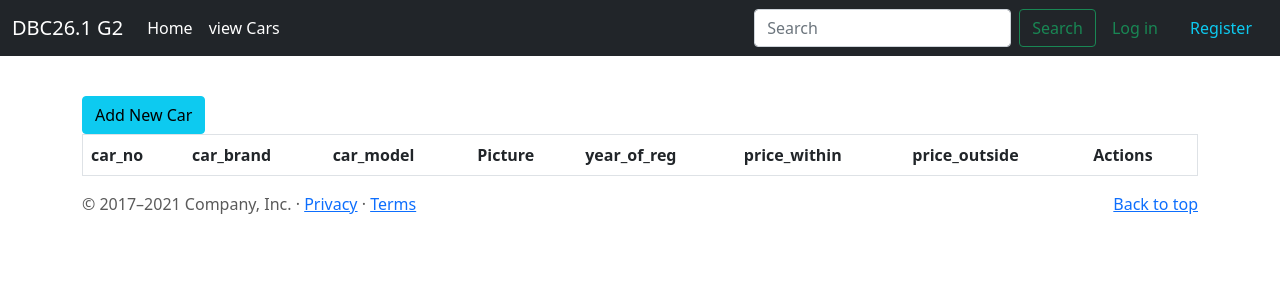
Repository: Cwills21/Aiti-dbc26.1-group-2
Page: http://localhost/cars
An editor plug-in stored every save of this project. The page is shown before and after the next save, followed by the edit.
The browser window is 1280 px wide. The pictures show the whole page.
The page is served by the project's Laravel application, run on PHP 8.4 with Laravel 8. Queries for data that is not in the repository find no rows.

Above is the page before, as saved 2022-03-10 00:23:29.

After the next save:
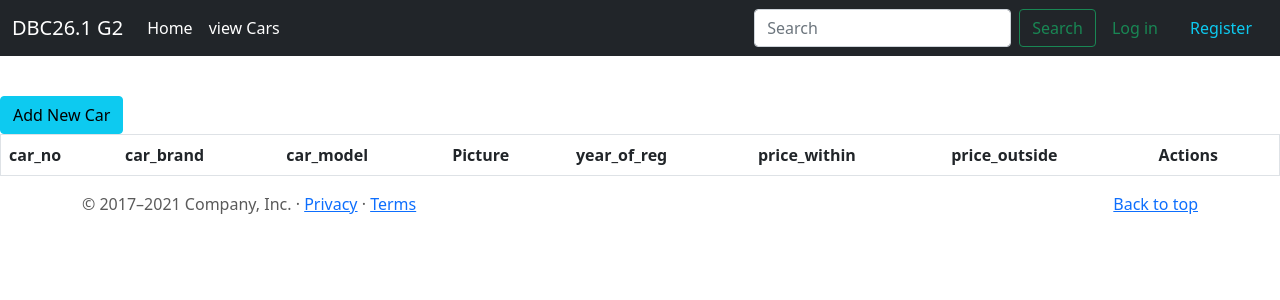
Saved 4 min 6 s later.
--- a/resources/views/layout/master.blade.php
+++ b/resources/views/layout/master.blade.php
@@ -117,7 +117,7 @@ body, html {
 
 
 
-<div class="container mt-5">
+<div class="mt-5">
         @include('common.alert')
         {{-- @include('common.errors') --}}
         @yield('content')
